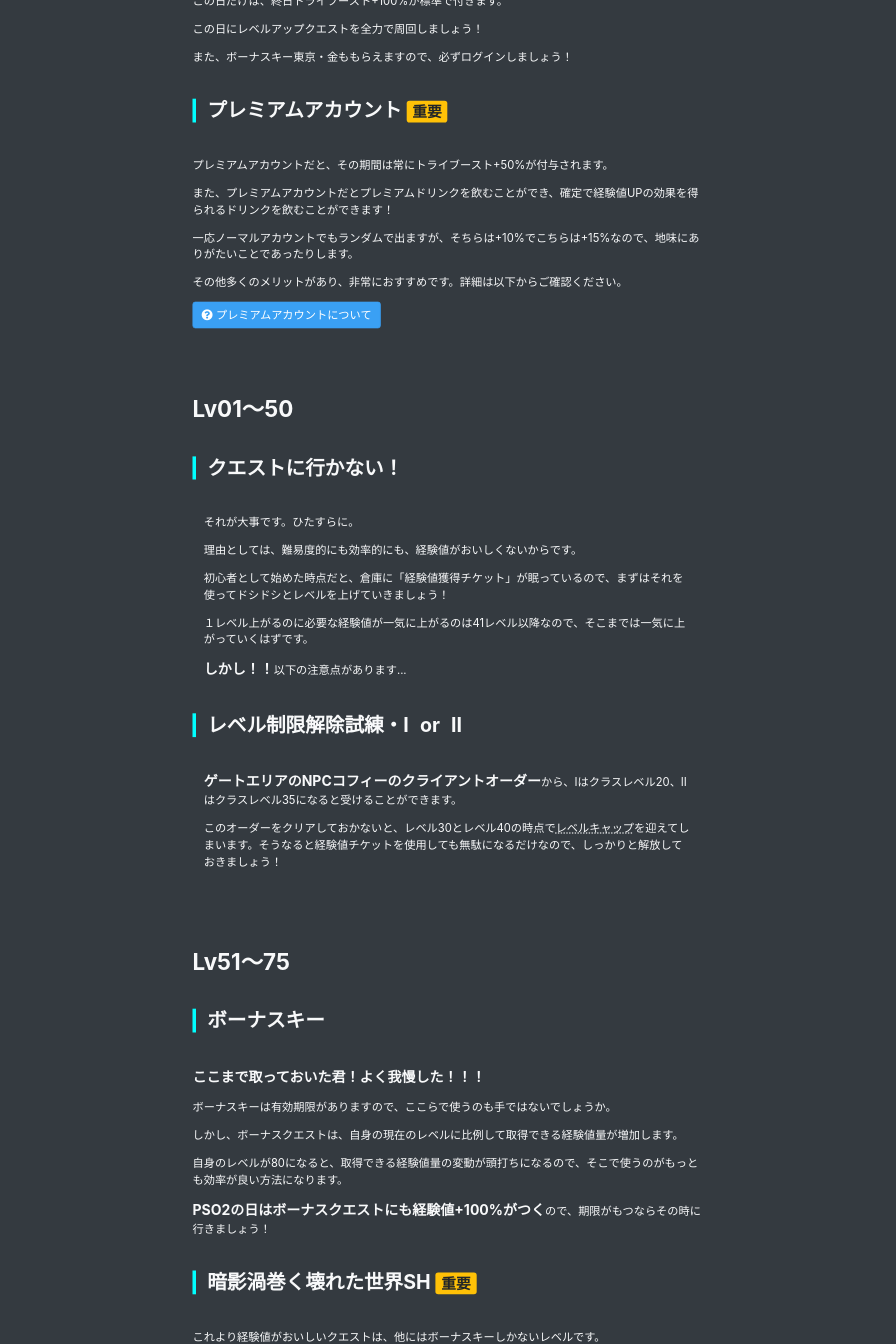
Repository: milkyahonpo/Website_source
Page: docs/capture.html
An editor plug-in stored every save of this project. The page is shown before and after a run of saves, followed by the edit.
The browser window is 1280 px wide. The pictures show the part of the page from y = 4580 to 6500 px (the page is 9694 px tall before and 9718 px after), at 70% of full size.
Some web libraries are served in a nearby version.

Above is the page before, as saved 2020-01-24 12:38:51.

### docs/capture.html
<!DOCTYPE html>
<html lang="ja">
  <head>
    <!-- Required meta tags -->
    <meta charset="utf-8">
    <meta name="viewport" content="width=device-width, initial-scale=1, shrink-to-fit=no">
    <!-- Bootstrap CSS -->
    <link rel="stylesheet" href="https://stackpath.bootstrapcdn.com/bootstrap/4.3.1/css/bootstrap.min.css" integrity="sha384-ggOyR0iXCbMQv3Xipma34MD+dH/1fQ784/j6cY/iJTQUOhcWr7x9JvoRxT2MZw1T" crossorigin="anonymous">
    <!-- My CSS -->
    <link rel="stylesheet" href="css/capture.css">
    <!-- favicon -->
    <link rel="shortcut icon" href="img/favicon.ico">
    <!-- Font Awesome -->
    <link href="https://use.fontawesome.com/releases/v5.6.1/css/all.css" rel="stylesheet">
    <!-- Google Fonts -->
    <link href="https://fonts.googleapis.com/css?family=Titillium+Web&display=swap" rel="stylesheet">

    <title>みるく屋本舗 - 攻略本 -</title>
  </head>

  <body>
  <!-- Navigation -->
  <nav class="navbar navbar-expand-lg navbar-light fixed-top py-3" id="mainNav">
    <div class="container">
      <a class="navbar-brand" href="index.html">
        <img src="./img/logo.png" width="50" height="50" alt="">
        <b>みるく屋本舗</b>
      </a>
      <button class="navbar-toggler navbar-togglar-right" type="button" data-toggle="collapse" data-target="#navbarResponsive" aria-controls="navbarResponsive" aria-expanded="false" aria-label="Toggle navigation">
        <span class="navbar-toggler-icon"></span>
      </button>
      <div class="collapse navbar-collapse" id="navbarResponsive">
        <ul class="navbar-nav ml-auto my-2 my-lg-0">
          <li class="nav-item">
            <a class="nav-link js-scroll-trigger" href="#basic">基礎知識</a>
          </li>
          <li class="nav-item">
            <a class="nav-link js-scroll-trigger" href="#lv1-50">Lv01～Lv50</a>
          </li>
          <li class="nav-item">
            <a class="nav-link js-scroll-trigger" href="#lv51-75">Lv51～Lv75</a>
          </li>
          <li class="nav-item">
            <a class="nav-link js-scroll-trigger" href="#lv76-80">Lv76～Lv80</a>
          </li>
          <li class="nav-item">
            <a class="nav-link js-scroll-trigger" href="#lv81-90">Lv81～Lv90</a>
          </li>
        </ul>
      </div>
    </div>
  </nav>
  <!-- About Section -->
  <section class="page-section h-100 bg-dark text-light">
    <div class="container h-100">
      <div class="row h-100 justify-content-center align-items-center">
        <div class="col-lg-8">
          <h2 class="display-1 mt-0 font-weight-bold text-center"><span style="color: cyan;">攻</span>略本</h2>
          <hr class="divider my-4">
          <p class="lead text-center">チムメンに役立つ育成情報を掲載します！</p>
          <p class="text-center"><small>最終更新 : 2020/01/23</small></p>
        </div>
      </div>
    </div>
  </section>

  <section class="page-section bg-dark text-light">
    <div class="container">
      <div class="row py-5 justify-content-center" id="basic">
        <div class="col-md-8">
          <h2 class="font-weight-bold">基礎知識</h2>
          <h3 class="my-5 pl-3"><strong class="font-weight-bold">メインクラスとサブクラス</strong></h3>
          <p>
            PSO2には「メインクラス」と「サブクラス」があります。
            <ul>
              <li>「メインクラス」装備できる武器に影響するクラス</li>
              <li>「サブクラス」一部のスキルとステータスの影響を受けるクラス<br>
            </ul>
            以下にクラス一覧と、その装備できる武器について示します。
          <p>
          <p class="alert alert-info">ガンスラッシュはどのクラスでも使用することができます。</p>
          <h4>通常クラス</h4>
          <table class="table table-striped table-hover my-3 table-dark">
            <tr><th>アイコン</th><th>クラス名</th><th>略称</th><th>装備できる武器</th></tr>
            <tr><td><img class="img-thumbnail" src="img/Hu.png"　style="display: inline-block" width="50px" height="auto"></td><td><a href="https://pso2.swiki.jp/index.php?%E3%83%8F%E3%83%B3%E3%82%BF%E3%83%BC">ハンター</a></td><td>Hu</td><td><ul><li>ソード</li><li>ワイヤードランス</li><li>パルチザン</li></ul></td></tr>
            <tr><td><img class="img-thumbnail" src="img/Fi.png"　style="display: inline-block" width="50px" height="auto"></td><td><a href="https://pso2.swiki.jp/index.php?%E3%83%95%E3%82%A1%E3%82%A4%E3%82%BF%E3%83%BC">ファイター</a></td><td>Fi</td><td><ul><li>ツインダガー</li><li>ダブルセイバー</li><li>ナックル</li></ul></td></tr>
            <tr><td><img class="img-thumbnail" src="img/Ra.png"　style="display: inline-block" width="50px" height="auto"></td><td><a href="https://pso2.swiki.jp/index.php?%E3%83%AC%E3%83%B3%E3%82%B8%E3%83%A3%E3%83%BC">レンジャー</a></td><td>Ra</td><td><ul><li>ランチャー</li><li>アサルトライフル</li></ul></td></tr>
            <tr><td><img class="img-thumbnail" src="img/Gu.png"　style="display: inline-block" width="50px" height="auto"></td><td><a href="https://pso2.swiki.jp/index.php?%E3%82%AC%E3%83%B3%E3%83%8A%E3%83%BC">ガンナー</a></td><td>Gu</td><td><ul><li>ツインマシンガン</li><li>アサルトライフル</li></ul></td></tr>
            <tr><td><img class="img-thumbnail" src="img/Fo.png"　style="display: inline-block" width="50px" height="auto"></td><td><a href="https://pso2.swiki.jp/index.php?%E3%83%95%E3%82%A9%E3%83%BC%E3%82%B9">フォース</a></td><td>Fo</td><td><ul><li>ロッド</li><li>タリス</li></ul></td></tr>
            <tr><td><img class="img-thumbnail" src="img/Te.png"　style="display: inline-block" width="50px" height="auto"></td><td><a href="https://pso2.swiki.jp/index.php?%E3%83%86%E3%82%AF%E3%82%BF%E3%83%BC">テクター</a></td><td>Te</td><td><ul><li>ウォンド</li><li>タリス</li></ul></td></tr>
            <tr><td><img class="img-thumbnail" src="img/Br.png"　style="display: inline-block" width="50px" height="auto"></td><td><a href="https://pso2.swiki.jp/index.php?%E3%83%96%E3%83%AC%E3%82%A4%E3%83%90%E3%83%BC">ブレイバー</a></td><td>Br</td><td><ul><li>カタナ</li><li>バレットボウ</li></ul></td></tr>
            <tr><td><img class="img-thumbnail" src="img/Bo.png"　style="display: inline-block" width="50px" height="auto"></td><td><a href="https://pso2.swiki.jp/index.php?%E3%83%90%E3%82%A6%E3%83%B3%E3%82%B5%E3%83%BC">バウンサー</a></td><td>Bo</td><td><ul><li>ジェットブーツ</li><li>デュアルブレード</li></ul></td></tr>
            <tr><td><img class="img-thumbnail" src="img/Su.png"　style="display: inline-block" width="50px" height="auto"></td><td><a href="https://pso2.swiki.jp/index.php?%E3%82%B5%E3%83%A2%E3%83%8A%E3%83%BC">サモナー</a></td><td>Su</td><td><ul><li>タクト</li></ul></td></tr >
          </table>
          <div class="my-5">
            <p>これらの通常クラスのいずれか２つをレベル75にすることで選択可能になる<strong class="lead font-weight-bold">「後継クラス」</strong>というものがあります。</p>
            <p>後継クラスは現状で３つあり、ファントムとエトワールはサブクラスとしてセットすることができますが、メインクラスとして使う場合、<strong class="lead font-weight-bold">全てサブクラスをセットすることができません。</strong>その代わりに、各クラス特徴のある強力なクラススキルを有しており、非常に優秀なクラスとなっています。</p>
          </div>
          <h4>後継クラス</h4>
          <table class="table table-striped table-hover my-3 table-dark">
            <tr><th>アイコン</th><th>クラス名</th><th>略称</th><th>装備できる武器</th></tr>
            <tr><td><img class="img-thumbnail" src="img/Hr.png"　style="display: inline-block" width="50px" height="auto"></td class="align-items-center"><td><a href="https://pso2.swiki.jp/index.php?%E3%83%92%E3%83%BC%E3%83%AD%E3%83%BC">ヒーロー</a></td><td>Hr</td><td><ul><li>ソード</li><li>ツインマシンガン</li><li>タリス</li></ul></td></tr>
            <tr><td><img class="img-thumbnail" src="img/Ph.png"　style="display: inline-block" width="50px" height="auto"></td><td><a href="https://pso2.swiki.jp/index.php?%E3%83%95%E3%82%A1%E3%83%B3%E3%83%88%E3%83%A0">ファントム</a></td><td>Ph</td><td><ul><li>カタナ</li><li>アサルトライフル</li><li>ロッド</li></td></tr>
            <tr><td><img class="img-thumbnail" src="img/Et.png"　style="display: inline-block" width="50px" height="auto"></td><td><a href="https://pso2.swiki.jp/index.php?%E3%82%A8%E3%83%88%E3%83%AF%E3%83%BC%E3%83%AB">エトワール</a></td><td>Et</td><td><ul><li>ダブルセイバー</li><li>デュアルブレード</li><li>ウォンド</li></td></tr>
          </table>
          <p>「メインクラス」は、当然ですが入手した経験値の100%が加算されます。</p>
          <p>「サブクラス」も、セットしておくだけでサブクラスがレベル70までは<strong class="lead font-weight-bold">メインクラスが獲得した経験値の25%</strong>が加算されます。</p>
          <p>そのため、必ずサブクラスをつけておきましょう。</p>

          <h3 class="my-5 pl-3"><strong class="font-weight-bold"><abbr title="特殊能力(DL先のファイルに詳細)">OP</abbr>・<abbr title="S級特殊能力(DL先のファイルに詳細)">SOP</abbr>付け</strong></h3>
          <p>PSO2の武器や<abbr title="防具のこと">ユニット</abbr>には、OPと呼ばれる特殊能力を付与することができます。</p>
          <p>これを付けていないとどれだけ頑張っても火力が出なかったり、伸び悩んでしまう原因になります。</p>
          <p>最初のうちに理解するのは難しい要素でもあるのですが、以下のファイルにOPの付け方をまとめてあるので、ダウンロードして必ず理解するようにしましょう！！</p>
          <a class="text-decoration-none" href="./document/PSO2 OP付け覚書.pdf" download="PSO2 OP付け覚書.pdf">
            <button class="btn btn-primary">
              <span class="text-decoration-none"><i class="fas fa-download"></i><b class="px-1">PSO2 OP付け覚書.pdf</b></span>
            </button>
          </a>
          <h3 class="my-5 pl-3"><strong class="font-weight-bold">ブーストアイテム</strong></h3>
          <p>PSO2には、経験値やメセタやレアドロの確率を一時的に上昇させる、トライブーストをはじめとした「ブーストアイテム」が多種類存在します。</p>
          <p>経験値を稼ぐためには、ブーストを使用したほうが有利ですので、必ず使用してクエストに行くことを忘れないようにしましょう。</p>
          <p>同じ名前のブーストアイテムを使用しても効果は多くならないので、違う名前のブーストを組み合わせることでより良い効果を得ることができます。</p>
          <p>元々の経験値を100%とすると...</p>
          <div class="card mb-3 text-dark">
            <div class="card-body">
            <p><b>例１)トライブースト+100%と経験値+75%を使用した場合の経験値取得率</b></p>
            <strong class="my-1 display-4"><var>100</var> + <var>100</var> + <var>75</var> = <var>275</var>%</strong>
            </div>
          </div>
          <p>上記のように、ブーストアイテムの効果は加算によって求められます。</p>

          <h3 class="my-5 pl-3"><strong class="font-weight-bold">パーティーブースト </strong><span class="badge badge-warning">重要</span></h3>
          <p>PSO2では、パーティーを組むことによって「パーティーブースト」と呼ばれる、<abbr title="略称「トラブ」 メセタ、レアドロ、経験値獲得量UP">トライブースト</abbr>が付与されます。</p>
          <p>先ほどのブーストアイテムについての項目でお話しましたが、ブーストアイテムの効果は加算によって求めることができます。</p>
          <p>しかし、<strong class="lead font-weight-bold">パーティーブーストだけは乗算でかかります。</strong>パーティーが二人以上の場合のパーティーの人数をXとすると、パーティーブーストは1.X倍になります。</p>
          <div class="card mb-3 text-dark">
            <div class="card-body">
            <p><b>例２)例１の場合でパーティー４人の場合の経験値取得率</b></p>
            <strong class="my-1 display-4"><var>275</var> * <var>1.4</var> = <span class="enh"><var>385</var>%</span></strong><br>
            </div>
          </div>
          <p>絶対に４人パーティーで行きましょう！</p>

          <h3 class="my-5 pl-3"><strong class="font-weight-bold">PSO2の日(毎月2日 +プレミアムは22日)</strong></h3>
          <p>この日だけは、終日トライブースト+100%が標準で付きます。</p>
          <p>この日にレベルアップクエストを全力で周回しましょう！</p>
          <p>また、ボーナスキー東京・金ももらえますので、必ずログインしましょう！</p>

          <h3 class="my-5 pl-3"><strong class="font-weight-bold">プレミアムアカウント </strong><span class="badge badge-warning">重要</span></h3>
          <p>プレミアムアカウントだと、その期間は常にトライブースト+50%が付与されます。</p>
          <p>また、プレミアムアカウントだとプレミアムドリンクを飲むことができ、確定で経験値UPの効果を得られるドリンクを飲むことができます！</p>
          <p>一応ノーマルアカウントでもランダムで出ますが、そちらは+10%でこちらは+15%なので、地味にありがたいことであったりします。</p>
          <p>その他多くのメリットがあり、非常におすすめです。詳細は以下からご確認ください。</p>
          <a href="http://pso2.jp/players/manual/preparations/ac/#sys-manual-513"><button class="btn btn-primary"><i class="fas fa-question-circle"></i> プレミアムアカウントについて</button></a>
        </div>
      </div>
      <div class="row py-5 justify-content-center" id="lv1-50">
        <div class="col-lg-8">
          <h2><b>Lv01～50</b></h2>
          <h3 class="my-5 pl-3"><strong class="font-weight-bold">クエストに行かない！</strong></h3>
          <section class="px-3">
            <p>それが大事です。ひたすらに。</p>
            <p>理由としては、難易度的にも効率的にも、経験値がおいしくないからです。</p>
            <p>初心者として始めた時点だと、倉庫に「経験値獲得チケット」が眠っているので、まずはそれを使ってドシドシとレベルを上げていきましょう！</p>
            <p>１レベル上がるのに必要な経験値が一気に上がるのは41レベル以降なので、そこまでは一気に上がっていくはずです。</p>
            <p><strong class="lead font-weight-bold">しかし！！</strong>以下の注意点があります...</p>
          </section>
          <h3 class="my-5 pl-3"><strong class="font-weight-bold">レベル制限解除試練・Ⅰ<span class="mx-3">or</span>Ⅱ</strong></h3>
          <section class="px-3">
            <p><strong class="lead font-weight-bold">ゲートエリアのNPCコフィーのクライアントオーダー</strong>から、Ⅰはクラスレベル20、Ⅱはクラスレベル35になると受けることができます。</p>
            <p>このオーダーをクリアしておかないと、レベル30とレベル40の時点で<abbr title="レベルがそれ以上上がらない状態になること">レベルキャップ</abbr>を迎えてしまいます。そうなると経験値チケットを使用しても無駄になるだけなので、しっかりと解放しておきましょう！</p>
          </section>
        </div>
      </div>
      <div class="row py-5 justify-content-center" id="lv51-75">
        <div class="col-lg-8">
          <h2 class="mb-5"><b>Lv51～75</b></h2>
          <h3 class="my-5 pl-3"><strong class="font-weight-bold">ボーナスキー</strong></h3>
          <p><strong class="lead font-weight-bold">ここまで取っておいた君！よく我慢した！！！</strong></p>
          <p>ボーナスキーは有効期限がありますので、ここらで使うのも手ではないでしょうか。</p>
          <p>しかし、ボーナスクエストは、自身の現在のレベルに比例して取得できる経験値量が増加します。</p>
          <p>自身のレベルが80になると、取得できる経験値量の変動が頭打ちになるので、そこで使うのがもっとも効率が良い方法になります。</p>
          <p><strong class="lead font-weight-bold">PSO2の日はボーナスクエストにも経験値+100%がつく</strong>ので、期限がもつならその時に行きましょう！</p>

          <h3 class="my-5 pl-3"><strong class="font-weight-bold">暗影渦巻く壊れた世界SH </strong><span class="badge badge-warning">重要</span></h3>
          <p>これより経験値がおいしいクエストは、他にはボーナスキーしかないレベルです。</p>
          <p>圧倒的経験値効率を誇るクエストなので、レベリングには必ず行きましょう！</p>
          <p><strong class="lead font-weight-bold">レベルアップクエストの仕様上、5日周期で1日来る</strong>ので必ずチェックしておきましょう。</p>

          <h3 class="my-5 pl-3"><strong class="font-weight-bold">クラスごとの<abbr title="スキルポイント スキルツリーのスキルを取得するために必要になる レベル1UPごとに1SP">SP</abbr>取得クライアントオーダー </strong><span class="badge badge-warning">重要</span></h3>
          <p>レベル75になると、クラスキューブというアイテムを渡すことによって、クラスごとにSPを獲得できるクライアントオーダーが解放されます。</p>
          <p>クラスキューブとは、ハンターであれば「Huエクスキューブ」といったような、クラスの略称がついたアイテムになります。</p>
          <p>全てのクラス共通で、最初は1個、次は2個、3個、4個と要求数が増えていき、全4つのオーダーで合計10個のクラスキューブが必要になります。</p>
          <p><strong class="lead font-weight-bold">ゲートエリアのNPCシロナの「トレジャーショップ」</strong>から、SGまたはメセタを使用してクラスキューブを購入することができます。売っているクラスキューブは日替わりなので、自分の欲しいクラスキューブが陳列された時に購入しましょう！</p>

          <p>また、レベル90のレベルキャップに到達した状態でレベルアップすることで、そのクラスのクラスキューブを<strong class="lead font-weight-bold">レベルアップごとに７個</strong>取得することができます。</p>
        </div>
      </div>
          <!--
          <h3 class="my-5 pl-3"><strong class="font-weight-bold">レベル75制限解除試験・○○ </strong><span class="badge badge-info">後継クラスのみ</span></h3>
          <p>レベル75制限解除試験とは、その名の通りレベル75のレベルキャップを解放するクライアントオーダーです。</p>
          <p>これまでもレベル30の時点やレベル40の時点にも存在したものと同じになります。</p>
          <p>このレベルキャップ解放はクラスごとにクリアする必要があります。</p>
          <p>条件は、<br>
          <strong class="lead font-weight-bold">「<abbr title="ガンスラッシュは対象外です">メインクラスで装備できる武器種</abbr>の☆13以上を+35まで強化する」</strong><br>
          というものになります。</p>
          <p><strong class="lead font-weight-bold">ゲートエリアのNPCプリンの「コレクトシート」</strong>で、☆13武器の+35をゲットするだけで達成することができます。</p>
          <p>コレクトシートとは、数あるアイテムの中から自身が欲しいアイテムを選択し、そのアイテムのシートを入手したのちに、シート中に記載されている必要項目を全達成することで対象のアイテムが入手できるというものです。</p>
          <p>それぞれの項目に指定された条件を達成すると項目のゲージが上昇していき、ゲージが最大になった時にドロップするアイテムを入手することで項目が達成されます。</p>
          <p>基本的にコレクトシートの項目の条件は、入手した時点で開催されている緊急クエストや期間限定クエストで達成できるものが設定されているので、どんどん参加しましょう！</p>
          -->

      <div class="row py-5 justify-content-center" id="lv76-80">
        <div class="col-lg-8">
          <h2 class="mb-5"><b>Lv76～80</b></h2>
          <h3 class="my-5 pl-3"><strong class="font-weight-bold">必要経験値の異常なまでの上昇 </strong><span class="badge badge-danger">難関</span></h3>
          <p><strong class="lead font-weight-bold">今までとは比べ物にならないくらいにレベルが上がらなくなってきます。</strong></p>
          <p>ただ、昔のPSO2と比較したら今はボーナスキーもあり、レベルアップクエストなんてものもあり、
          そのうえPSO2の日では経験値+100%で、プレミアムなら毎日トライブースト+50%もつくだって！？</p>
          <strong class="lead font-weight-bold">めげずに頑張りましょう！私たちがついています！</strong>

          <h3 class="my-5 pl-3"><strong class="font-weight-bold">ボーナスキー </strong></h3>
          <p>それはここでも同じです。</p>
          <p>PSO2で経験値が一番おいしいクエストは間違いなくボーナスキー！</p>
          <p>手に入れたらPSO2の日をねらって絶対に行きましょう！</p>
          <p>(ブーストアイテムを忘れずにね！)</p>

          <h3 class="my-5 pl-3"><strong class="font-weight-bold">暗影渦巻く壊れた世界XH </strong><span class="badge badge-success">更新時点 推奨</span></h3>
          <p>現状最強武器の「リバレイト〇〇」という武器の入手にはクラスキューブが必要になります。</p>
          <p>また、2020/02/05まで開催されている<a href="http://pso2.jp/players/event/newyear2020/">SPACE MAGATSU DESTROYERS</a>の個人ポイント獲得はこの暗影でもためることができ、暗影は1周2分で周回できるので非常に高効率となっています。(本来あってはならないことかもしれませんが...)</p>
          <p>以上の理由から、現時点では高レベルのプレイヤーも暗影を周回しており、人がすぐに集まることも多いため、以下に記載してあるSHを周回するよりも圧倒的に高効率でレベルアップすることができます。</p>

          <h3 class="my-5 pl-3"><strong class="font-weight-bold">暗影渦巻く壊れた世界SH </strong><span class="badge badge-secondary">更新時点 非推奨</span></h3>
          <p>「え？なんでまだこの段階でもXH行かないの？」</p>
          <p>そう思う方も多いことでしょう。</p>
          <p>試しにXHに行ってみた方はわかると思いますが、
          <strong class="lead font-weight-bold">クエストに12人いることのほうが少ないです。</strong></p>
          <p>理由はSHとXHの受注可能なレベル帯の差にあります。</p>
          <p>SHはレベル50から受注可能で、XHには、メインサブの双方を75まで上げないと行けません。</p>
          <p>なので、SHを回るのは、75-50=レベル25分の幅の方で、
          なおかつメインはレベル75であってもサブはまだという方も含まれます。</p>
          <p>それに対してXHはレベル75から受注可能で、最大はレベル90です。</p>
          <p>なので、XHを回るのは、90-75=レベル15分の幅の方で、
          なおかつメインサブ双方が75以上である方です。</p>
          <p>それゆえに、暗影で人数が集まるのは必然的にSHとなるわけです。</p>
          <p>人数が集まるということは、パーティーが組めるのでブーストがのる。</p>
          <p><strong class="lead font-weight-bold">そういうことです！</strong></p>

          <h3 class="my-5 pl-3"><strong class="font-weight-bold">クラスごとのSP取得クライアントオーダー </strong></h3>
          <p>Lv51～75で前述のとおりです。</p>
          <p>もしもレベル75の時点でやっていなかったのであれば、必ずここで済ませてしまいましょう！</p>

          <!--
          <h3 class="my-5 pl-3"><strong class="font-weight-bold">レベル80制限解除試験・○○ </strong></h3>
          <p>「またレベルキャップか・・・」</p>
          <p>安心してください。今回のは<b>めちゃくちゃ簡単</b>です。</p>
          <p>レベルを75にした時点で称号報酬でもらっていた、３つの<strong class="lead font-weight-bold">「サブ／ステラウォール」</strong>というユニット。</p>
          <p>若しくは、ここまで暗影を周回している人なら持っているであろう「ウェポンズバッジ2019」。</p>
          <p>それとバッジ交換ショップで交換できる☆12ユニットの、</p>
          <p><strong class="lead font-weight-bold">「リア／サーキュレイ」、「アーム／サーカレイ」、「レッグ／サークレイ」</strong>。</p>
          <p>そのどちらかのシリーズを全て+10にしてから装備して話しかけるだけで達成できます。</p>
          <p>ユニットの強化は、武器と比較してものすごく簡単なので、
          強化値+7までは補助アイテム何も無しで上げていき、
          +8以降は、「強化成功率+5%」と「強化リスク軽減(+1)」を使用して上げていくだけで十分です。</p>
          <p>もっていないのであれば、どちらも非常に安価にマイショップで販売していますので、
          どんどん上げて、ぱぱっと報告してしまいましょう！</p>
          -->
        </div>
      </div>
      <div class="row py-5 justify-content-center" id="lv81-90">
        <div class="col-lg-8">
          <h2 class="mb-5"><b>Lv81～90</b></h2>
          <h3 class="my-5 pl-3 display-4"><font color="orange">気合 <i class="fas fa-exclamation"></i></font></h3>
          <p>今までの知識をすべて駆使してレベルを上げていきましょう。</p>
          <p>ブースト、ボーナスキー、暗影...</p>
          <p><b style="font-size: 20px">頂上はもうすぐです！</b></p>
        </div>
      </div>
    </div>
  </div>
</section>
  <!-- Footer -->
  <footer class="bg-light py-5">
    <div class="container">
      <div class="small text-center text-muted">※当サイトの一部の掲載画像等に関する権利は、株式会社セガゲームズに帰属しています。</div>
      <div class="small text-center text-muted">Copyright &copy; 2019 - MYH / SEGA PHANTASY STAR ONLINE 2</div>
    </div>
  </footer>

  <!-- Bootstrap core JavaScript -->
  <script src="vendor/jquery/jquery.min.js"></script>
  <script src="vendor/bootstrap/js/bootstrap.bundle.min.js"></script>

  <!-- Plugin JavaScript -->
  <script src="vendor/jquery-easing/jquery.easing.min.js"></script>
  <script src="vendor/magnific-popup/jquery.magnific-popup.min.js"></script>

  <!-- Custom scripts for this template -->
  <script src="js/creative.min.js"></script>

    <!-- Optional JavaScript -->
    <!-- jQuery first, then Popper.js, then Bootstrap JS -->
    <script src="https://code.jquery.com/jquery-3.3.1.slim.min.js" integrity="sha384-q8i/X+965DzO0rT7abK41JStQIAqVgRVzpbzo5smXKp4YfRvH+8abtTE1Pi6jizo" crossorigin="anonymous"></script>
    <script src="https://cdnjs.cloudflare.com/ajax/libs/popper.js/1.14.7/umd/popper.min.js" integrity="sha384-UO2eT0CpHqdSJQ6hJty5KVphtPhzWj9WO1clHTMGa3JDZwrnQq4sF86dIHNDz0W1" crossorigin="anonymous"></script>
    <script src="https://stackpath.bootstrapcdn.com/bootstrap/4.3.1/js/bootstrap.min.js" integrity="sha384-JjSmVgyd0p3pXB1rRibZUAYoIIy6OrQ6VrjIEaFf/nJGzIxFDsf4x0xIM+B07jRM" crossorigin="anonymous"></script>
  </body>
</html>

Loaded but not shown: docs/css/capture.css (library); docs/vendor/jquery/jquery.min.js (library); docs/vendor/bootstrap/js/bootstrap.bundle.min.js (library); docs/vendor/jquery-easing/jquery.easing.min.js (common file); docs/vendor/magnific-popup/jquery.magnific-popup.min.js (library); docs/js/creative.min.js (7 lines, source omitted)

After the next 2 saves:
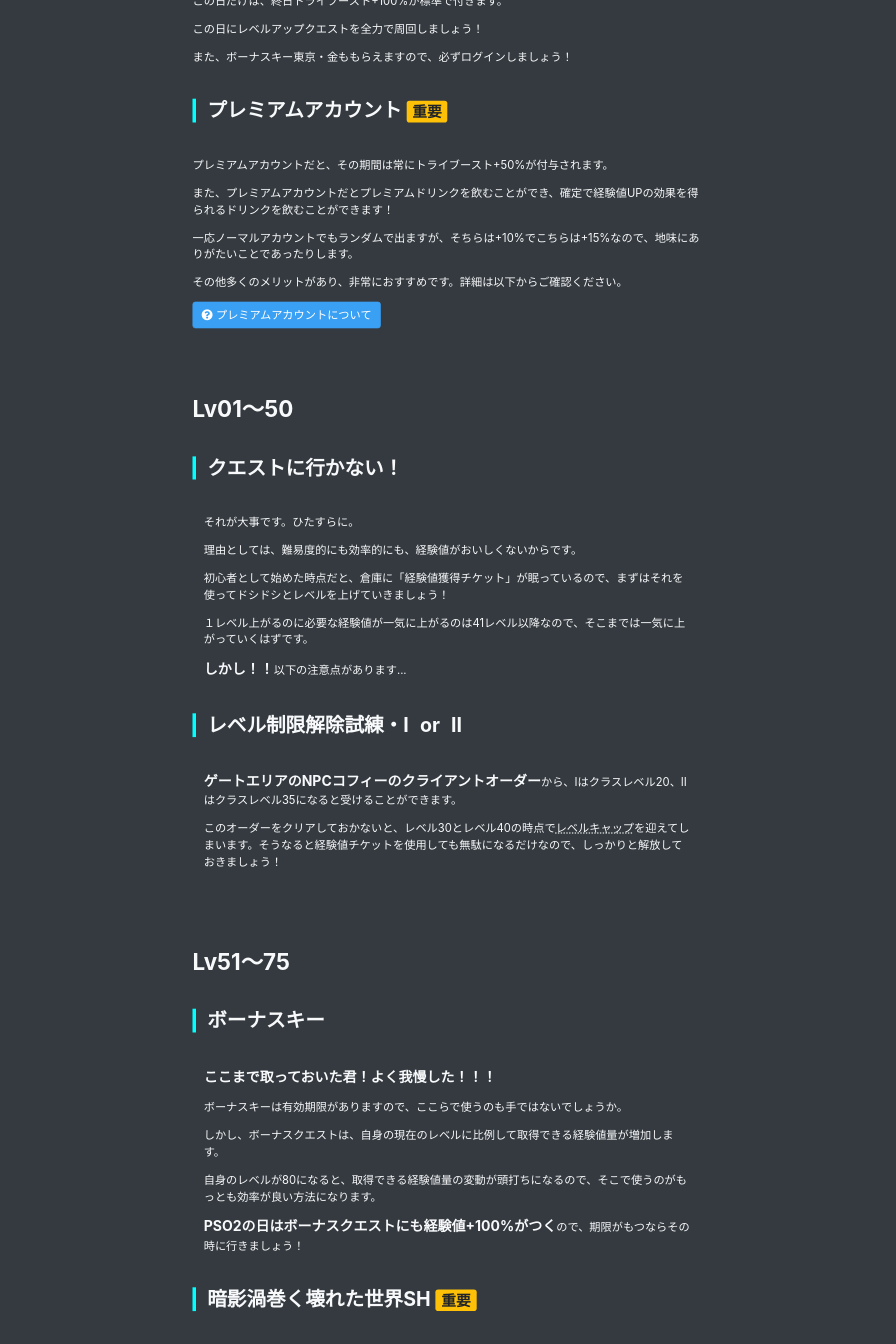
The 2 saves are shown as one change because they came seconds apart.
The last was saved 91 s later.
--- a/docs/capture.html
+++ b/docs/capture.html
@@ -64,7 +64,7 @@
     </div>
   </section>
 
-  <section class="page-section bg-dark text-light">
+  <div class="page-section bg-dark text-light">
     <div class="container">
       <div class="row py-5 justify-content-center" id="basic">
         <div class="col-md-8">
@@ -158,30 +158,31 @@
         <div class="col-lg-8">
           <h2><b>Lv01～50</b></h2>
           <h3 class="my-5 pl-3"><strong class="font-weight-bold">クエストに行かない！</strong></h3>
-          <section class="px-3">
+          <div class="px-3">
             <p>それが大事です。ひたすらに。</p>
             <p>理由としては、難易度的にも効率的にも、経験値がおいしくないからです。</p>
             <p>初心者として始めた時点だと、倉庫に「経験値獲得チケット」が眠っているので、まずはそれを使ってドシドシとレベルを上げていきましょう！</p>
             <p>１レベル上がるのに必要な経験値が一気に上がるのは41レベル以降なので、そこまでは一気に上がっていくはずです。</p>
             <p><strong class="lead font-weight-bold">しかし！！</strong>以下の注意点があります...</p>
-          </section>
+          </div>
           <h3 class="my-5 pl-3"><strong class="font-weight-bold">レベル制限解除試練・Ⅰ<span class="mx-3">or</span>Ⅱ</strong></h3>
-          <section class="px-3">
+          <div class="px-3">
             <p><strong class="lead font-weight-bold">ゲートエリアのNPCコフィーのクライアントオーダー</strong>から、Ⅰはクラスレベル20、Ⅱはクラスレベル35になると受けることができます。</p>
             <p>このオーダーをクリアしておかないと、レベル30とレベル40の時点で<abbr title="レベルがそれ以上上がらない状態になること">レベルキャップ</abbr>を迎えてしまいます。そうなると経験値チケットを使用しても無駄になるだけなので、しっかりと解放しておきましょう！</p>
-          </section>
+          </div>
         </div>
       </div>
       <div class="row py-5 justify-content-center" id="lv51-75">
         <div class="col-lg-8">
           <h2 class="mb-5"><b>Lv51～75</b></h2>
           <h3 class="my-5 pl-3"><strong class="font-weight-bold">ボーナスキー</strong></h3>
+          <div class="px-3">
           <p><strong class="lead font-weight-bold">ここまで取っておいた君！よく我慢した！！！</strong></p>
           <p>ボーナスキーは有効期限がありますので、ここらで使うのも手ではないでしょうか。</p>
           <p>しかし、ボーナスクエストは、自身の現在のレベルに比例して取得できる経験値量が増加します。</p>
           <p>自身のレベルが80になると、取得できる経験値量の変動が頭打ちになるので、そこで使うのがもっとも効率が良い方法になります。</p>
           <p><strong class="lead font-weight-bold">PSO2の日はボーナスクエストにも経験値+100%がつく</strong>ので、期限がもつならその時に行きましょう！</p>
-
+          </div>
           <h3 class="my-5 pl-3"><strong class="font-weight-bold">暗影渦巻く壊れた世界SH </strong><span class="badge badge-warning">重要</span></h3>
           <p>これより経験値がおいしいクエストは、他にはボーナスキーしかないレベルです。</p>
           <p>圧倒的経験値効率を誇るクエストなので、レベリングには必ず行きましょう！</p>
